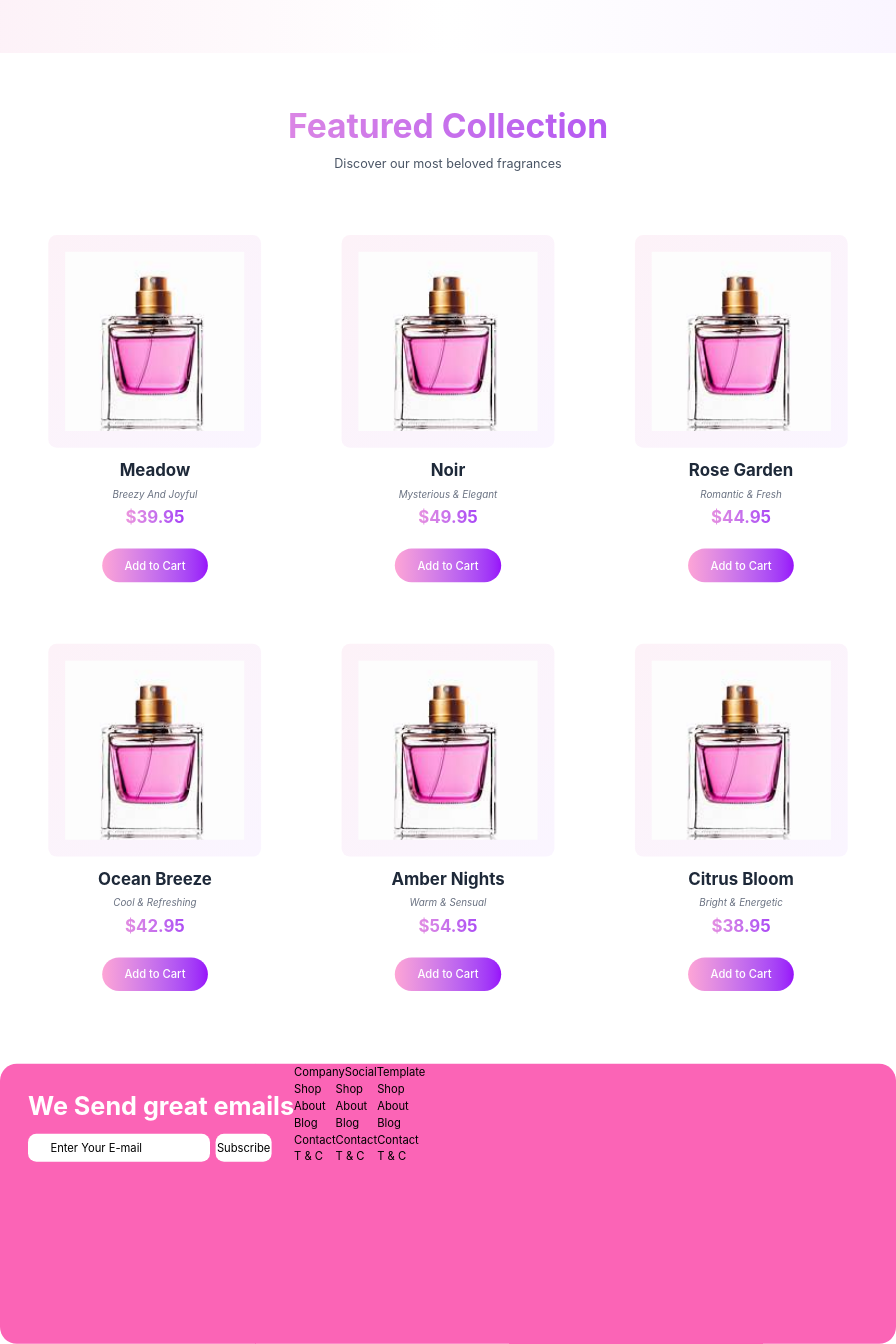
Repository: kiran2k5-ai/E-Commerce-Perfume
Page: /
An editor plug-in stored every save of this project. The page is shown before and after the next save, followed by the edit.
The browser window is 1280 px wide. The pictures show the part of the page from y = 904 to 2824 px (the page is 2824 px tall), at 70% of full size.
The project was rebuilt for these pictures with package versions that can differ from the ones it lists, and the page was loaded fresh each time. Also part of the build but not shown: vite.config.js.

Above is the page before, as saved 2026-02-04 12:51:54.

After the next save:
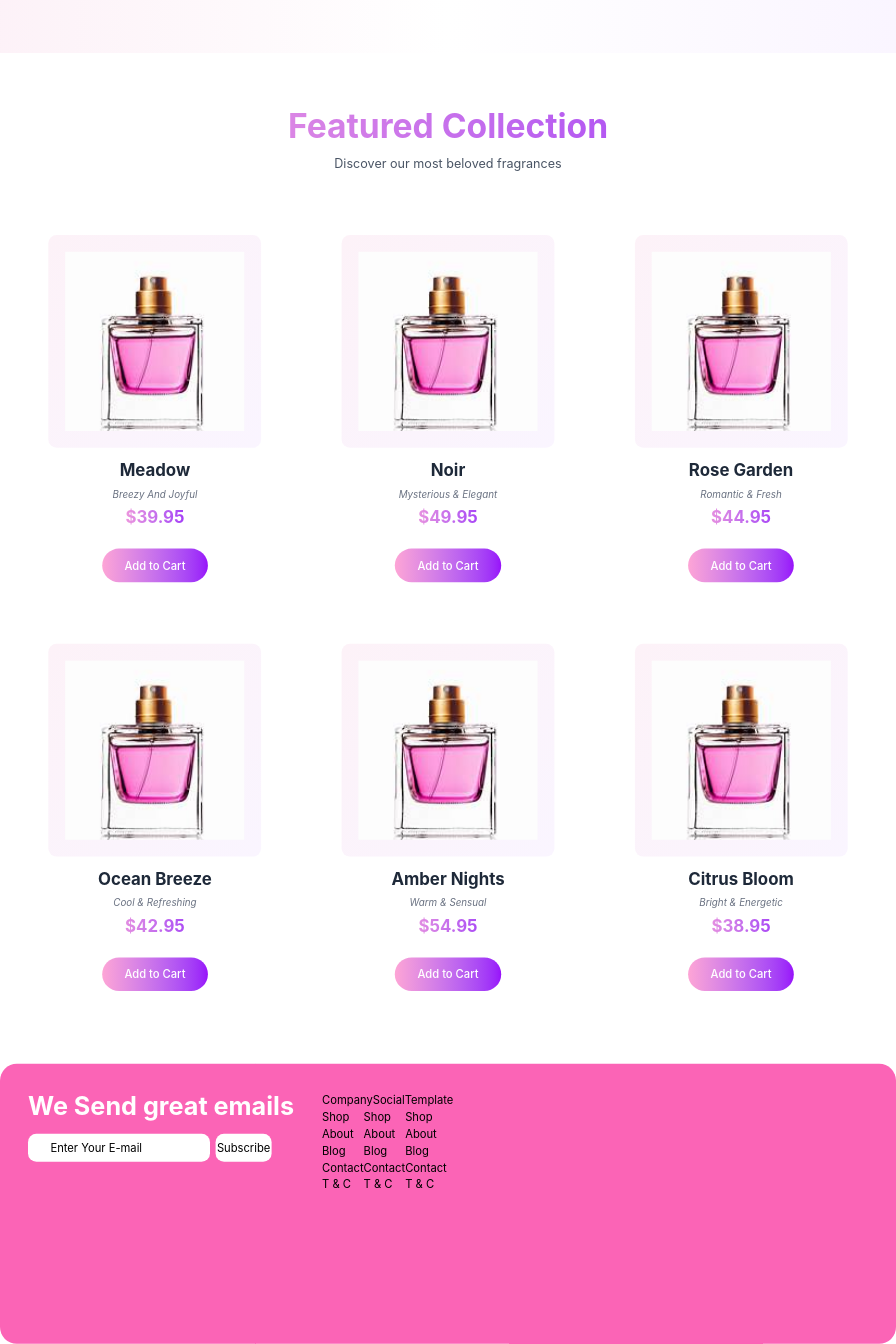
Saved 6 s later.
--- a/src/components/Footer.jsx
+++ b/src/components/Footer.jsx
@@ -11,7 +11,7 @@ const Footer = () => {
             <button className=' bg-white w-20 h-10 rounded-xl text-black hover:bg-gradient-to-r from-pink-300 to-purple-600'>Subscribe</button>
             </div>
         </div>
-        <div className='mt'>
+        <div className='mt-10 ml-10'>
             <div className='flex flex-row'>
                 <h1>Company</h1>
                 <h1>Social</h1>
